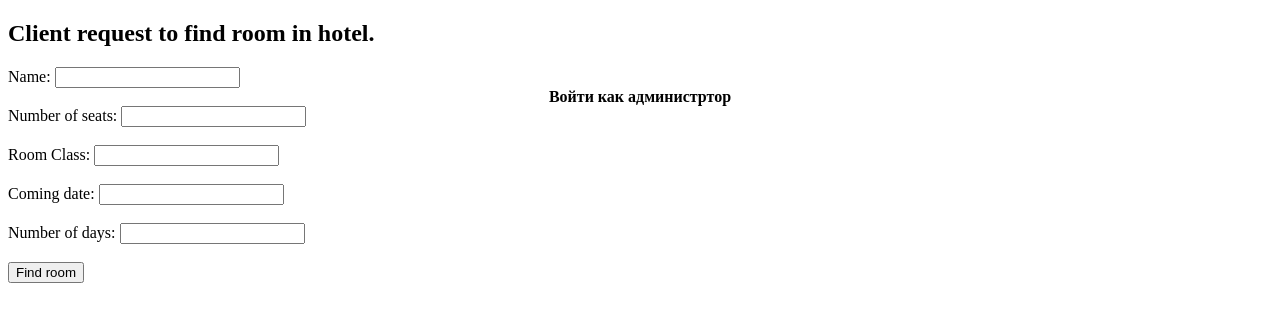
Repository: milosh-alexandr-by/ItAcademyJavaDeveloper
Page: http://localhost/HotelRequestSystem/ClientServlet.jsp
The author's editor kept a copy of each file at every save. The page is drawn from the files as they stood at one save, then again after the next save.
The browser window is 1280 px wide. The pictures show the whole page.
The page is served by Tomcat 9.

Above is the page before, as saved 2015-12-12 21:52:12.

After the next save:
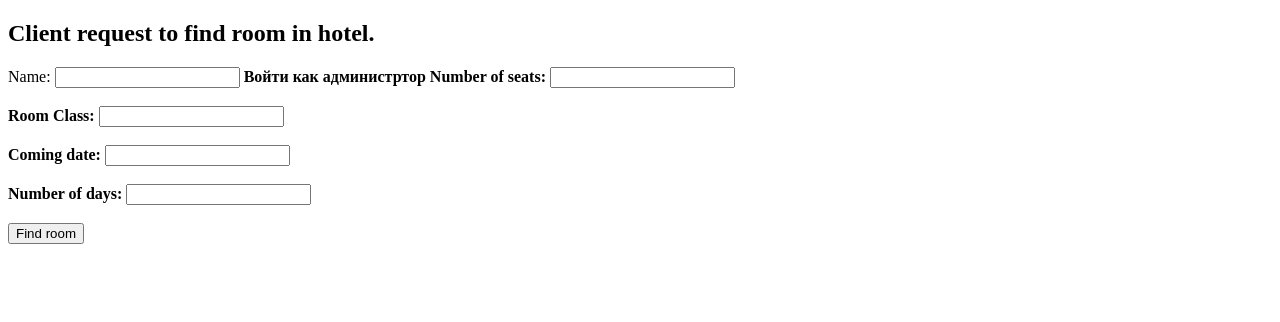
Saved 92 s later.
--- a/Project_WEB/HotelRequestSystem/WebContent/ClientServlet.jsp
+++ b/Project_WEB/HotelRequestSystem/WebContent/ClientServlet.jsp
@@ -11,7 +11,7 @@
 	<h2>Client request to find room in hotel.</h2>
 
 	<form action="HotelRequestSystem" method="GET">
-		Name: <input type="text" name="Name" /> <center><strong>Войти как администртор</strong></center>
+		Name: <input type="text" name="Name" /> <right><strong>Войти как администртор</right></center>
 		Number of seats: <input type="text" name="NumberOfSeats" /> <br/><br/>
 		Room Class: <input type="text" name="RoomClass" /> <br/><br/>
 		Coming date: <input type="text" name="ComingDate" /> <br/><br/>
